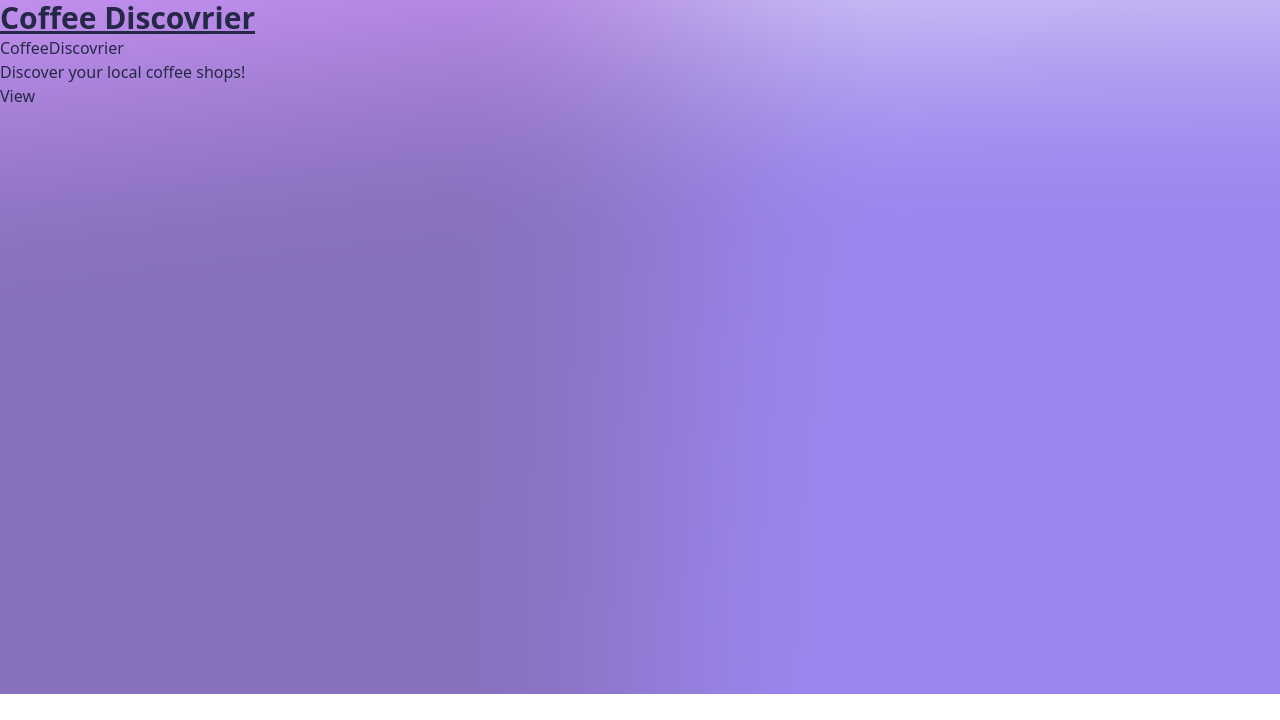
Repository: Tomiogunsan/Coffee-Discourier
Page: /
These files come from the project's save history. The page is drawn as it stood at one moment and after the next save; the edit follows.
The browser window is 1280 px wide. The pictures show the whole page.
The project was rebuilt for these pictures with package versions that can differ from the ones it lists, and the page was loaded fresh each time. The framework's server and built-in components were replaced by stand-ins that run in the browser. Also part of the build but not shown: next.config.js.

Above is the page before, as saved 2023-02-14 18:25:26.

After the next save:
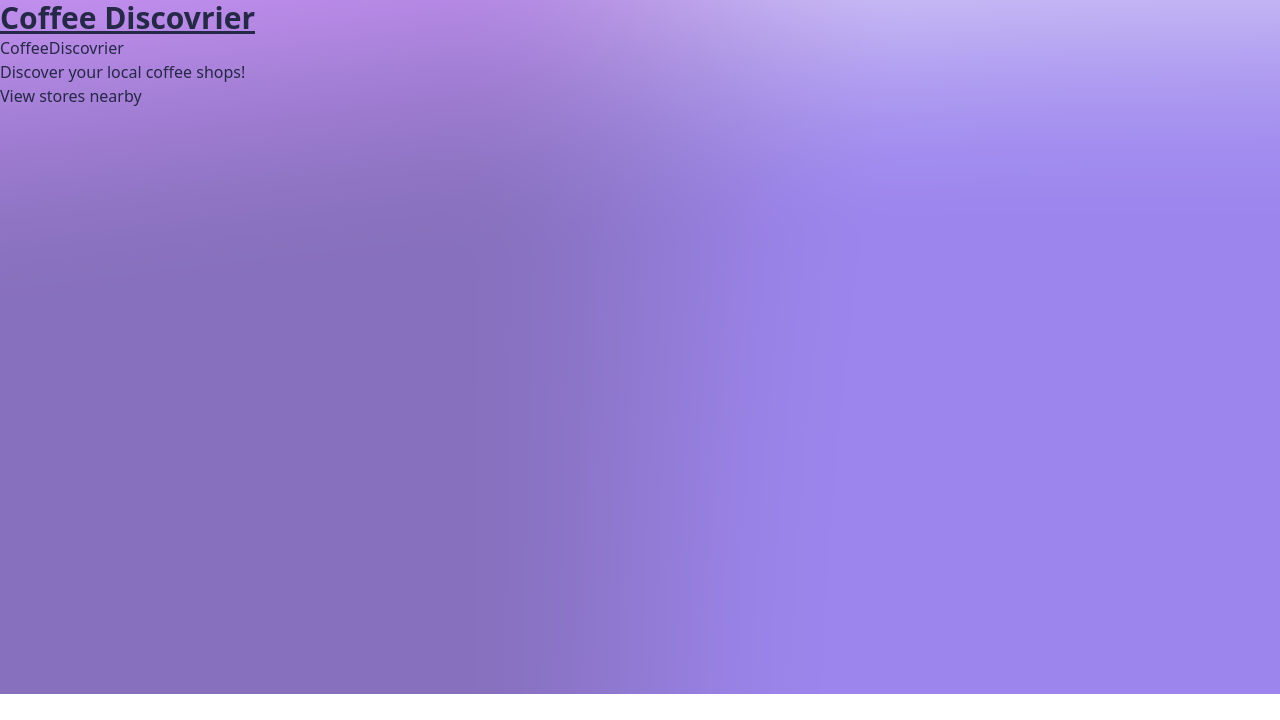
Saved 5 s later.
--- a/pages/index.js
+++ b/pages/index.js
@@ -17,7 +17,7 @@
       </Head>
       <main>
         <h1  className="text-3xl font-bold underline">Coffee Discovrier</h1>
-    <Banner  buttonText='View'/>
+    <Banner  buttonText='View stores nearby'/>
 
 
 
